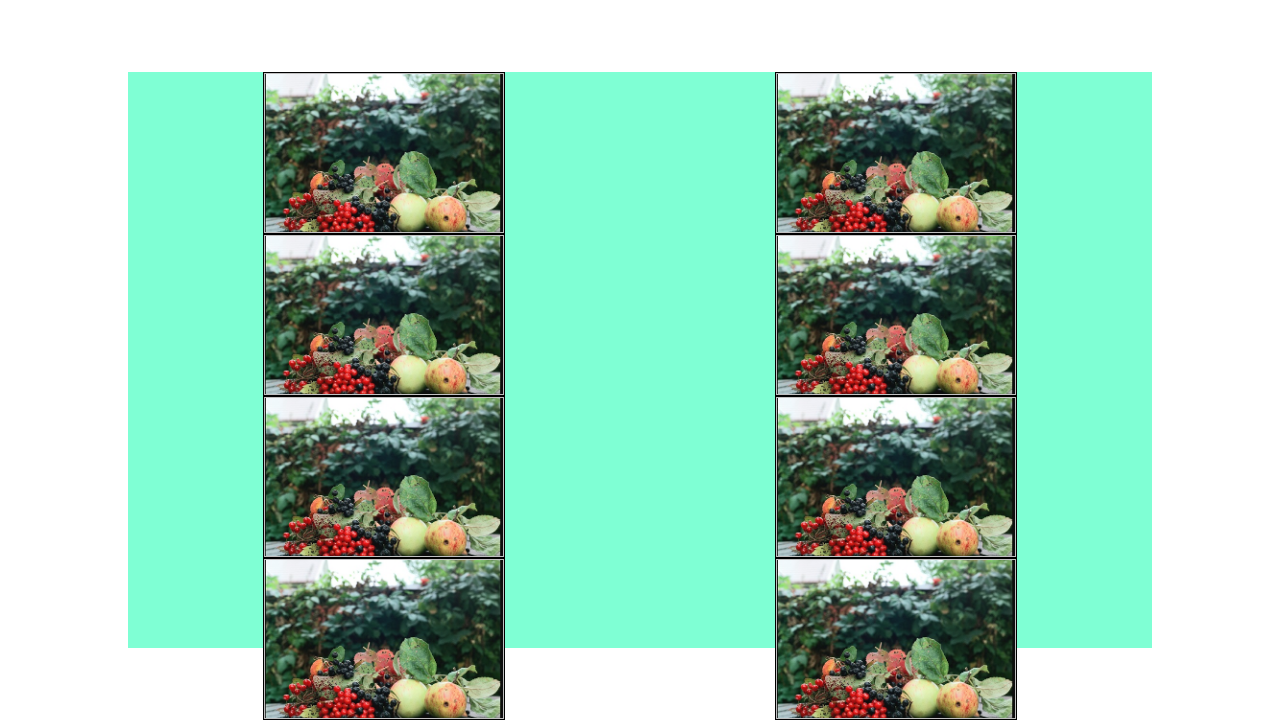
Repository: lidkaa/devTasks
Page: 0. Zadania Testowe/zadania/FlexboxCentered.html
An editor plug-in stored every save of this project. The page is shown before and after the next save, followed by the edit.
The browser window is 1280 px wide. The pictures show the whole page.

Above is the page before, as saved 2022-02-01 09:36:29.

### 0. Zadania Testowe/zadania/FlexboxCentered.html
<!DOCTYPE html>
<html lang="en">
<head>
    <meta charset="UTF-8">
    <meta http-equiv="X-UA-Compatible" content="IE=edge">
    <meta name="viewport" content="width=device-width, initial-scale=1.0">
    <link rel="stylesheet" type="text/css" href="flexboxcentered.css">
    <title>Document</title>
</head>
<body>
    <div class="presentation">
        <ul class="cells">
            <li class="cell">
                <img />
            </li>
            <li class="cell">
                <img />
            </li>
            <li class="cell">
                <img />
            </li>
            <li class="cell">
                <img />
            </li>
            <li class="cell">
                <img />
            </li>
            <li class="cell">
                <img />
            </li>
            <li class="cell">
                <img />
            </li>
            <li class="cell">
                <img />
            </li>
            <li class="cell">
                <img />
            </li>
        </ul>
    </div>
</body>
</html>

### 0. Zadania Testowe/zadania/flexboxcentered.css
* {
    margin: 0;
    padding: 0;
}

.presentation {
    position: fixed;
    height: 100vh;
    width: 100vw;
    display: flex;
    justify-content: center;
    align-items: center;
}

.cells {
    display: flex;
    justify-content: space-around;
    align-items: center;
    flex-direction: row;
    flex-wrap: wrap;
    list-style-type: none;
    height: 80vh;
    width: 80vw;
    background-color: aquamarine;
}

.cell {
    height: 10em;
    width: 15em;
    border: 1px solid black;
    margin: 0 90px;
    overflow: hidden;
    transition: 2s ;
}

img {
    width: 100%;
    height: 100%;
    background-image: url('./pexel/pexel1.jpg');
    background-position: center;
    background-size: 100%;
    background-repeat: no-repeat;
  }

  .cell:hover {

  }

After the next save:
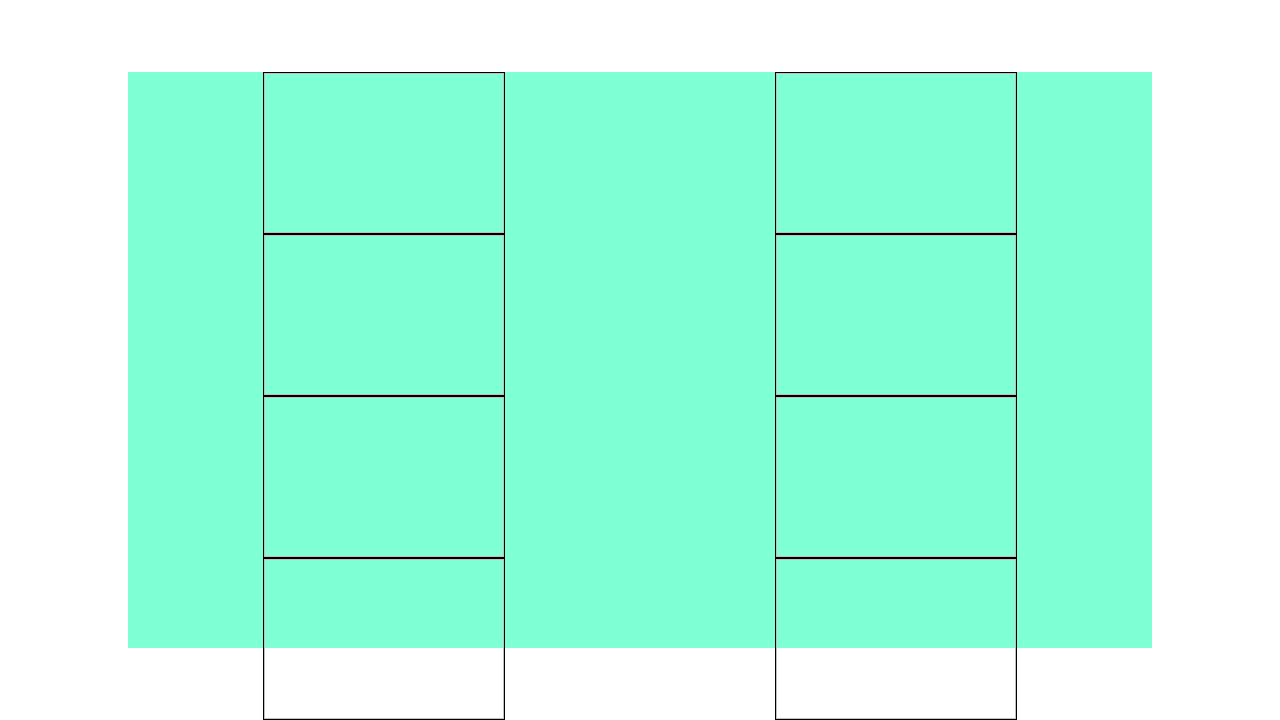
Saved 34 s later.
--- a/0. Zadania Testowe/zadania/flexboxcentered.css
+++ b/0. Zadania Testowe/zadania/flexboxcentered.css
@@ -36,7 +36,7 @@
 img {
     width: 100%;
     height: 100%;
-    background-image: url('./pexel/pexel1.jpg');
+    /* background-image: url('./pexel/pexel1.jpg'); */
     background-position: center;
     background-size: 100%;
     background-repeat: no-repeat;
